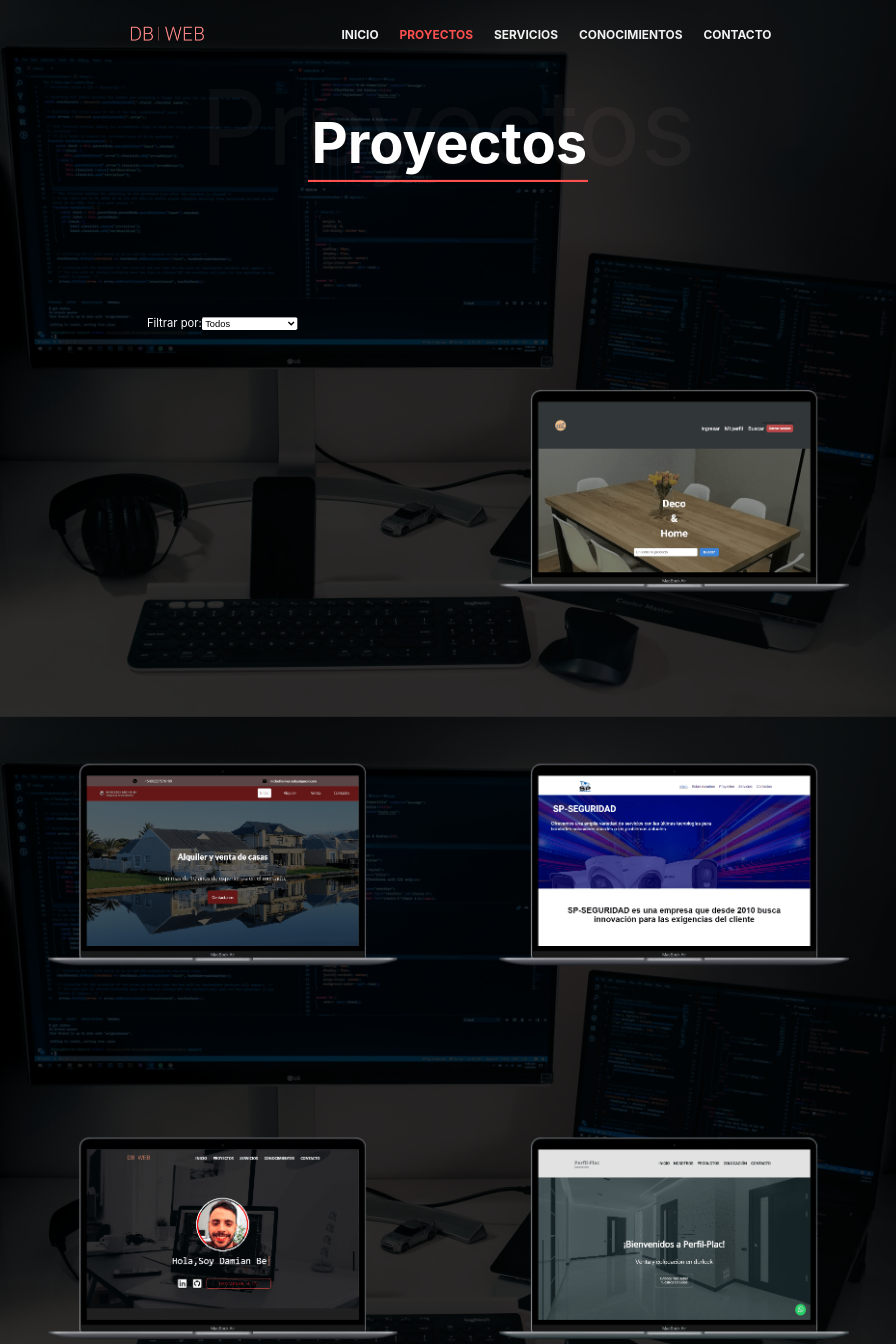
Repository: DamianBermudez94/DB-Porfolio
Page: /proyecto
The author's editor kept a copy of each file at every save. The page is drawn from the files as they stood at one save, then again after the next save.
The browser window is 1280 px wide. The pictures show the part of the page from y = 0 to 1920 px (the page is 3360 px tall before and 720 px after), at 70% of full size.
Backgrounds fixed to the window are drawn as part of the page. Some web libraries are served in a nearby version. The project was rebuilt for these pictures with package versions that can differ from the ones it lists, and the page was loaded fresh each time. Also part of the build but not shown: vite.config.js, src/components/TextoCustom/styles.css, src/components/TextoCustom/CustomText.jsx, src/components/Home/styles.css, src/components/Home/Home.jsx, src/pages/Inicio.jsx, src/components/Servicios/styles.css, src/components/Servicios/Service.jsx and 8 more.

Above is the page before, as saved 2024-04-01 11:22:45.

After the next save:
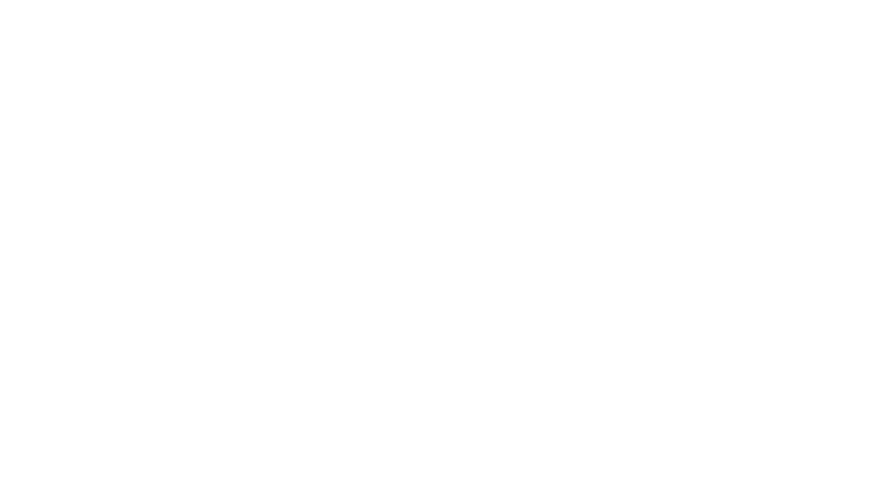
Console error: ReferenceError: Cannot access 'filtro2' before initialization
Saved 56 s later.
--- a/src/components/Proyectos/ListaTrabajos.jsx
+++ b/src/components/Proyectos/ListaTrabajos.jsx
@@ -33,9 +33,9 @@
   );
   const filteredTrabajos = trabajos.filter((trabajo) => {
     console.log(trabajo);
-    if (filtro === "todos") return true;
+    if ( filtro === "todos") return true;
     console.log("soy los trabajos",filtro);
-    return trabajo.tipo === filtro;
+    const filtro = trabajo.tipo === filtro;
   });
 
   return (

After the 2 saves that followed:
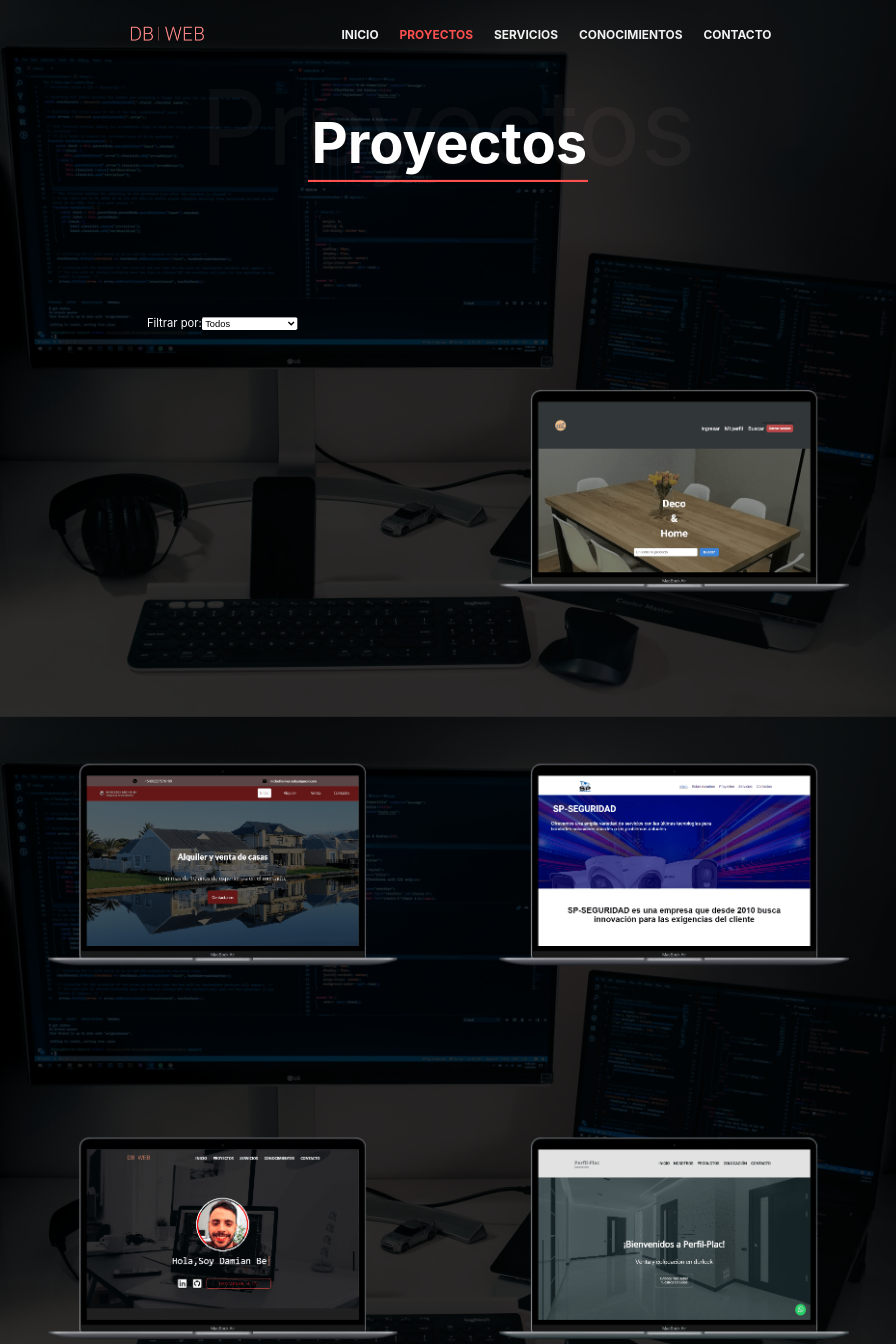
The error is gone.
The 2 saves are shown as one change because 1 left the picture as it was.
The last was saved 25 s later.
--- a/src/components/Proyectos/ListaTrabajos.jsx
+++ b/src/components/Proyectos/ListaTrabajos.jsx
@@ -35,7 +35,7 @@
     console.log(trabajo);
     if ( filtro === "todos") return true;
     console.log("soy los trabajos",filtro);
-    const filtro = trabajo.tipo === filtro;
+    const filtroFinalizado = trabajo.tipo === filtro;
   });
 
   return (
@@ -44,7 +44,6 @@
         <label htmlFor="filtro">Filtrar por:</label>
         <select id="filtro" value={filtro} onChange={(e) => setFiltro(e.target.value)}>
           <option value="todos">Todos</option>
-          <option value="proyecto">Proyectos</option>
           <option value="curso">Cursos</option>
           <option value="freelance">Trabajos Freelance</option>
         </select>
